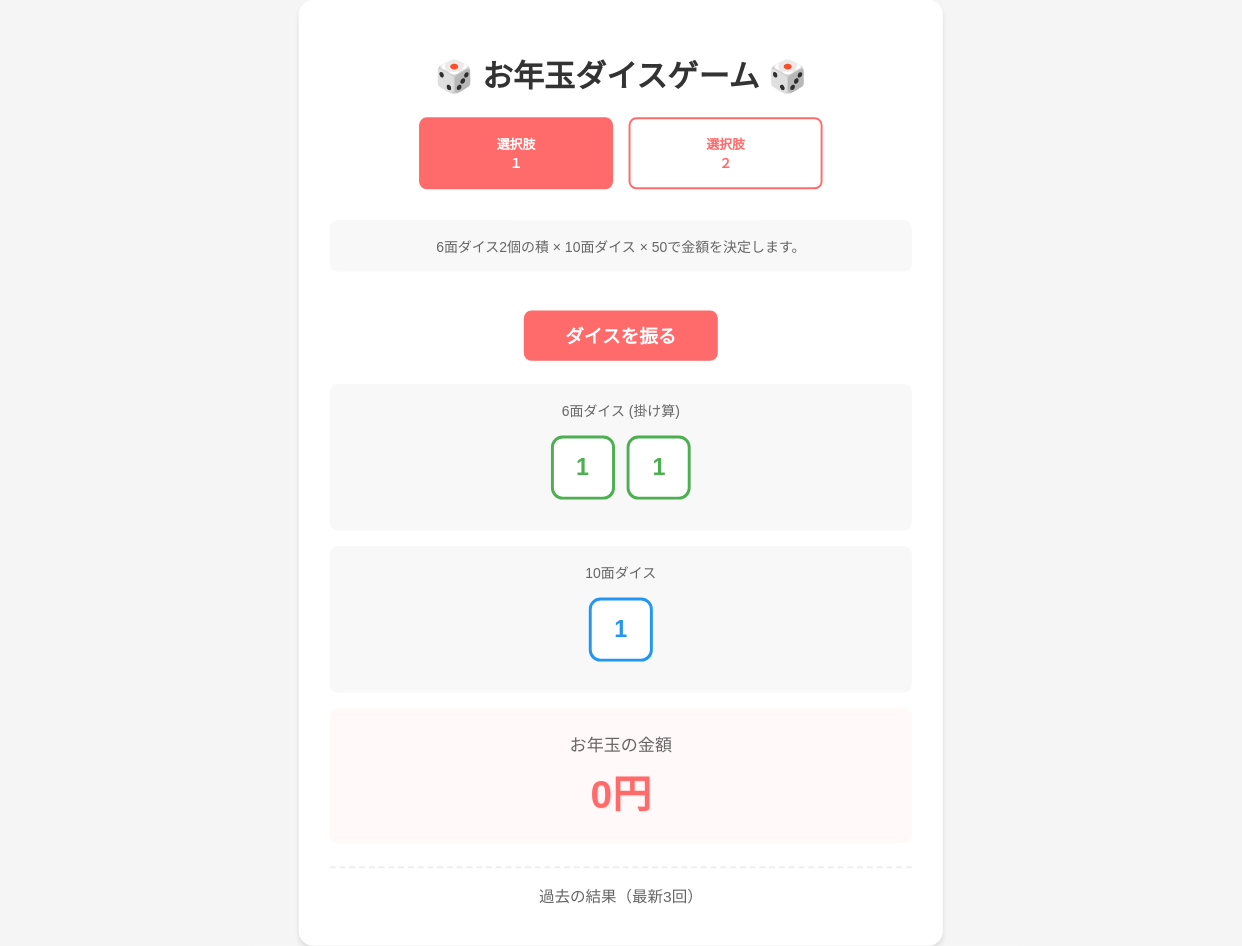
Repository: kigasudayooo/temporary_analysis
Page: newyear/nao.html
An editor plug-in stored every save of this project. The page is shown before and after the next save, followed by the edit.
The browser window is 1280 px wide. The pictures show the whole page, at 97% of full size.

Above is the page before, as saved 2025-01-01 02:58:58.

### newyear/nao.html
<!DOCTYPE html>
<html lang="ja">
  <head>
    <meta charset="UTF-8" />
    <meta name="viewport" content="width=device-width, initial-scale=1.0" />
    <title>新春お年玉ゲーム</title>
    <style>
      body {
        font-family: "Hiragino Sans", "Meiryo", sans-serif;
        display: flex;
        justify-content: center;
        align-items: center;
        min-height: 100vh;
        margin: 0;
        background-color: #f5f5f5;
        color: #333;
      }
      .container {
        text-align: center;
        background-color: white;
        padding: 2rem;
        border-radius: 15px;
        box-shadow: 0 4px 6px rgba(0, 0, 0, 0.1);
        max-width: 95%;
        width: 600px;
      }
      .mode-selector {
        display: flex;
        gap: 1rem;
        justify-content: center;
        margin-bottom: 2rem;
      }
      .mode-button {
        padding: 1rem;
        border-radius: 8px;
        border: 2px solid #ff6b6b;
        background-color: white;
        color: #ff6b6b;
        cursor: pointer;
        transition: all 0.3s ease;
        font-weight: bold;
        width: 45%;
        max-width: 200px;
      }
      .mode-button.active {
        background-color: #ff6b6b;
        color: white;
      }
      .roll-button {
        font-size: 1.2rem;
        padding: 12px 24px;
        cursor: pointer;
        background-color: #ff6b6b;
        color: white;
        border: none;
        border-radius: 8px;
        margin: 1.5rem 0;
        transition: transform 0.2s, background-color 0.2s;
        font-weight: bold;
        width: 200px;
      }
      .roll-button:hover {
        background-color: #ff5252;
        transform: translateY(-2px);
      }
      .roll-button:active {
        transform: translateY(0);
      }
      .roll-button:disabled {
        background-color: #ccc;
        transform: none;
        cursor: not-allowed;
      }
      .dice-area {
        display: none;
      }
      .dice-group {
        background-color: #f8f8f8;
        padding: 1rem;
        border-radius: 8px;
        margin-bottom: 1rem;
      }
      .dice-group-label {
        color: #666;
        font-size: 0.9rem;
        margin-bottom: 0.5rem;
      }
      .dice-container {
        display: flex;
        gap: 0.8rem;
        justify-content: center;
        margin: 1rem 0;
      }
      .dice {
        width: 60px;
        height: 60px;
        background-color: white;
        border: 3px solid #ff6b6b;
        border-radius: 12px;
        display: flex;
        justify-content: center;
        align-items: center;
        font-size: 1.5rem;
        font-weight: bold;
        position: relative;
      }
      .dice.d6 {
        border-color: #4caf50;
        color: #4caf50;
      }
      .dice.d10 {
        border-color: #2196f3;
        color: #2196f3;
      }
      @keyframes rollDice {
        0% {
          transform: rotate(0deg);
        }
        15% {
          transform: rotate(-20deg);
        }
        30% {
          transform: rotate(20deg);
        }
        45% {
          transform: rotate(-15deg);
        }
        60% {
          transform: rotate(15deg);
        }
        75% {
          transform: rotate(-5deg);
        }
        85% {
          transform: rotate(5deg);
        }
        100% {
          transform: rotate(0deg);
        }
      }
      .rolling {
        animation: rollDice 0.8s ease-out;
      }
      .calculation {
        background-color: #f0f8ff;
        padding: 1rem;
        border-radius: 8px;
        margin: 1rem 0;
        font-size: 0.9rem;
        color: #444;
        text-align: left;
      }
      .calculation-step {
        margin: 0.5rem 0;
        padding-left: 1rem;
      }
      .result {
        margin-top: 1rem;
        padding: 1.5rem;
        background-color: #fff9f9;
        border-radius: 8px;
      }
      .result-label {
        font-size: 1.1rem;
        color: #666;
        margin-bottom: 0.5rem;
      }
      .result-value {
        font-size: 2.5rem;
        font-weight: bold;
        color: #ff6b6b;
        text-shadow: 1px 1px 2px rgba(0, 0, 0, 0.1);
      }
      .mode-description {
        margin: 1rem 0;
        padding: 1rem;
        background-color: #f8f8f8;
        border-radius: 8px;
        font-size: 0.9rem;
        color: #666;
      }
      .history {
        margin-top: 1.5rem;
        padding-top: 1rem;
        border-top: 2px dashed #eee;
      }
      .history-title {
        font-size: 1rem;
        color: #666;
        margin-bottom: 0.5rem;
      }
      .history-list {
        display: flex;
        gap: 0.5rem;
        justify-content: center;
        flex-wrap: wrap;
        font-size: 0.9rem;
        color: #888;
      }
      .history-item {
        background-color: #f8f8f8;
        padding: 0.3rem 0.8rem;
        border-radius: 15px;
      }
      @media (max-width: 480px) {
        .container {
          padding: 1rem;
        }
        .mode-button {
          padding: 0.8rem;
          font-size: 0.9rem;
        }
        .dice {
          width: 50px;
          height: 50px;
          font-size: 1.2rem;
        }
        .result-value {
          font-size: 2rem;
        }
        .calculation {
          font-size: 0.8rem;
        }
      }
    </style>
  </head>
  <body>
    <div class="container">
      <h1>🎲 お年玉ダイスゲーム 🎲</h1>

      <div class="mode-selector">
        <button
          class="mode-button active"
          onclick="switchMode('mode1')"
          id="btn-mode1"
        >
          選択肢<br />１
        </button>
        <button
          class="mode-button"
          onclick="switchMode('mode2')"
          id="btn-mode2"
        >
          選択肢<br />２
        </button>
      </div>

      <div class="mode-description" id="mode-description">
        6面ダイス2個の積 × 10面ダイス × 50で金額を決定します。<br />
      </div>

      <button onclick="rollDice()" id="roll-button" class="roll-button">
        ダイスを振る
      </button>

      <!-- モード1: 6面ダイス2個の積 × 10面ダイス × 50 -->
      <div id="area-mode1" class="dice-area" style="display: block">
        <div class="dice-group">
          <div class="dice-group-label">6面ダイス (掛け算)</div>
          <div class="dice-container">
            <div class="dice d6" id="mode1-d6-1">1</div>
            <div class="dice d6" id="mode1-d6-2">1</div>
          </div>
        </div>
        <div class="dice-group">
          <div class="dice-group-label">10面ダイス</div>
          <div class="dice-container">
            <div class="dice d10" id="mode1-d10">1</div>
          </div>
        </div>
      </div>

      <!-- モード2: 10面ダイス2個の和 × 6面ダイス × 100 -->
      <div id="area-mode2" class="dice-area" style="display: none">
        <div class="dice-group">
          <div class="dice-group-label">10面ダイス (足し算)</div>
          <div class="dice-container">
            <div class="dice d10" id="mode2-d10-1">1</div>
            <div class="dice d10" id="mode2-d10-2">1</div>
          </div>
        </div>
        <div class="dice-group">
          <div class="dice-group-label">6面ダイス</div>
          <div class="dice-container">
            <div class="dice d6" id="mode2-d6">1</div>
          </div>
        </div>
      </div>

      <div class="calculation" id="calculation" style="display: none">
        <div id="calculation-steps"></div>
      </div>

      <div class="result">
        <div class="result-label">お年玉の金額</div>
        <div id="result-value" class="result-value">0円</div>
      </div>

      <div class="history">
        <div class="history-title">過去の結果（最新3回）</div>
        <div class="history-list" id="history-list"></div>
      </div>
    </div>

    <script>
      let currentMode = "mode1";
      const history = [];
      const maxHistory = 3;
      let isRolling = false;

      function switchMode(mode) {
        if (isRolling) return;
        currentMode = mode;

        document
          .getElementById("btn-mode1")
          .classList.toggle("active", mode === "mode1");
        document
          .getElementById("btn-mode2")
          .classList.toggle("active", mode === "mode2");

        document.getElementById("area-mode1").style.display =
          mode === "mode1" ? "block" : "none";
        document.getElementById("area-mode2").style.display =
          mode === "mode2" ? "block" : "none";

        const description =
          mode === "mode1"
            ? "6面ダイス2個の積 × 10面ダイス × 50で金額を決定します"
            : "10面ダイス2個の和 × 6面ダイス × 100で金額を決定します";
        document.getElementById("mode-description").innerHTML = description;

        document.getElementById("calculation").style.display = "none";
        document.getElementById("result-value").textContent = "0円";

        history.length = 0;
        document.getElementById("history-list").innerHTML = "";
      }

      function rollDice() {
        if (isRolling) return;
        isRolling = true;

        const button = document.getElementById("roll-button");
        button.disabled = true;

        document.getElementById("calculation").style.display = "none";

        if (currentMode === "mode1") {
          rollMode1();
        } else {
          rollMode2();
        }
      }

      function rollMode1() {
        const d6_1 = document.getElementById("mode1-d6-1");
        const d6_2 = document.getElementById("mode1-d6-2");
        const d10 = document.getElementById("mode1-d10");

        const dices = [d6_1, d6_2, d10];

        dices.forEach((dice) => {
          dice.classList.add("rolling");
        });

        setTimeout(() => {
          const result1 = Math.floor(Math.random() * 6) + 1;
          const result2 = Math.floor(Math.random() * 6) + 1;
          const result3 = Math.floor(Math.random() * 10) + 1;

          d6_1.textContent = result1;
          d6_2.textContent = result2;
          d10.textContent = result3;

          const product = result1 * result2;
          const finalResult = product * result3 * 50;

          const steps = [
            `6面ダイス: ${result1} × ${result2} = ${product}`,
            `10面ダイス: ${result3}`,
            `計算式: ${product} × ${result3} × 50 = ${finalResult}円`,
          ];
          showCalculation(steps);

          updateResult(finalResult);
          enableRollButton();
        }, 800);

        dices.forEach((dice) => {
          dice.addEventListener(
            "animationend",
            () => {
              dice.classList.remove("rolling");
            },
            { once: true }
          );
        });
      }

      function rollMode2() {
        const d10_1 = document.getElementById("mode2-d10-1");
        const d10_2 = document.getElementById("mode2-d10-2");
        const d6 = document.getElementById("mode2-d6");

        const dices = [d10_1, d10_2, d6];

        dices.forEach((dice) => {
          dice.classList.add("rolling");
        });

        setTimeout(() => {
          const result1 = Math.floor(Math.random() * 10) + 1;
          const result2 = Math.floor(Math.random() * 10) + 1;
          const result3 = Math.floor(Math.random() * 6) + 1;

          d10_1.textContent = result1;
          d10_2.textContent = result2;
          d6.textContent = result3;

          const sum = result1 + result2;
          const finalResult = sum * result3 * 100;

          const steps = [
            `10面ダイス: ${result1} + ${result2} = ${sum}`,
            `6面ダイス: ${result3}`,
            `計算式: ${sum} × ${result3} × 100 = ${finalResult}円`,
          ];
          showCalculation(steps);

          updateResult(finalResult);
          enableRollButton();
        }, 800);

        dices.forEach((dice) => {
          dice.addEventListener(
            "animationend",
            () => {
              dice.classList.remove("rolling");
            },
            { once: true }
          );
        });
      }

      function showCalculation(steps) {
        const calculation = document.getElementById("calculation");
        const stepsDiv = document.getElementById("calculation-steps");

        calculation.style.display = "block";
        stepsDiv.innerHTML = steps
          .map((step) => `<div class="calculation-step">${step}</div>`)
          .join("");
      }

      function updateResult(amount) {
        const resultElement = document.getElementById("result-value");
        const formattedAmount = amount.toLocaleString() + "円";
        resultElement.textContent = formattedAmount;

        history.unshift(formattedAmount);
        if (history.length > maxHistory) {
          history.pop();
        }

        const historyList = document.getElementById("history-list");
        historyList.innerHTML = history
          .map((result) => `<div class="history-item">${result}</div>`)
          .join("");
      }

      function enableRollButton() {
        isRolling = false;
        const button = document.getElementById("roll-button");
        button.disabled = false;
      }
    </script>
  </body>
</html>

After the next save:
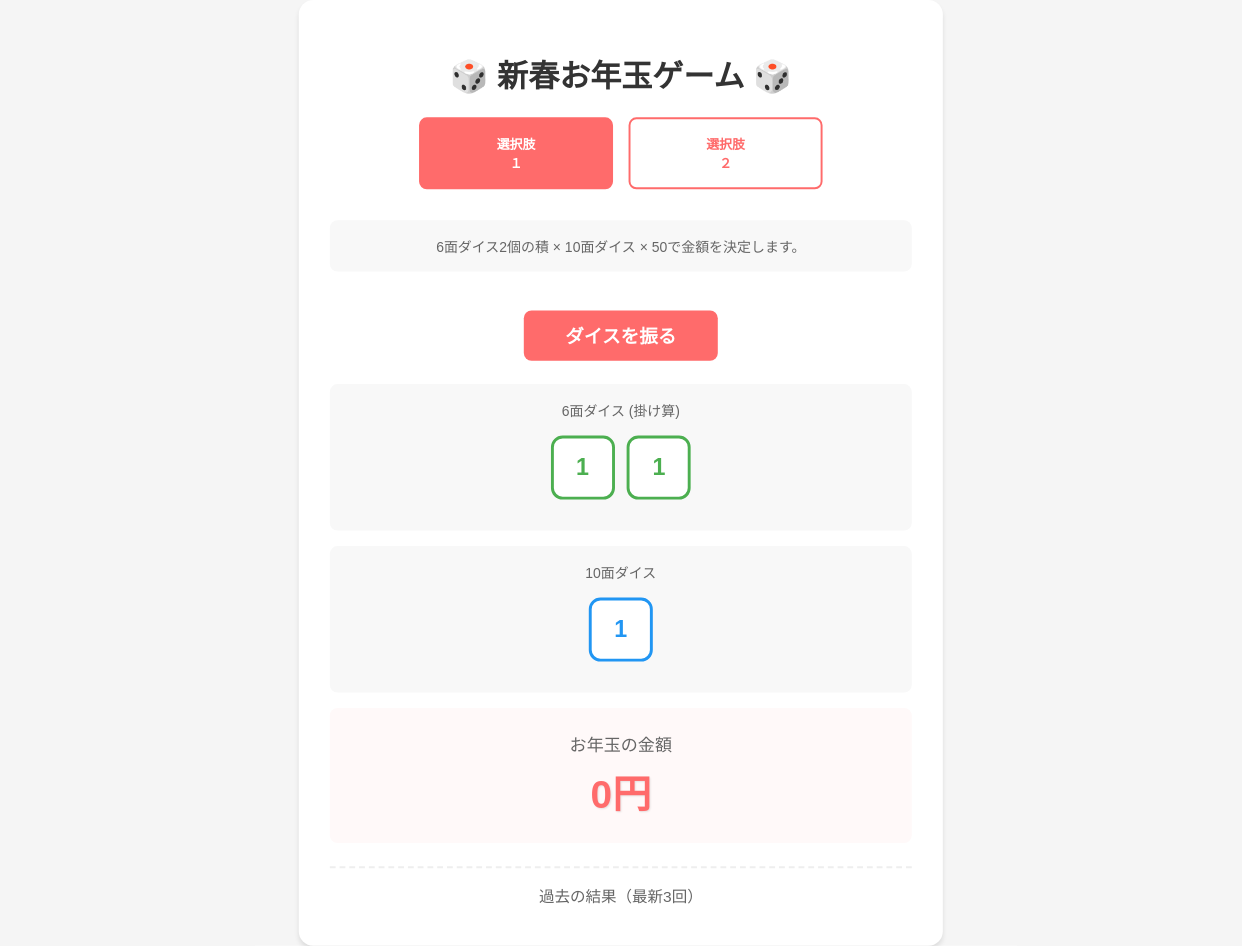
Saved 35 s later.
--- a/newyear/nao.html
+++ b/newyear/nao.html
@@ -226,7 +226,7 @@
   </head>
   <body>
     <div class="container">
-      <h1>🎲 お年玉ダイスゲーム 🎲</h1>
+      <h1>🎲 新春お年玉ゲーム 🎲</h1>
 
       <div class="mode-selector">
         <button
